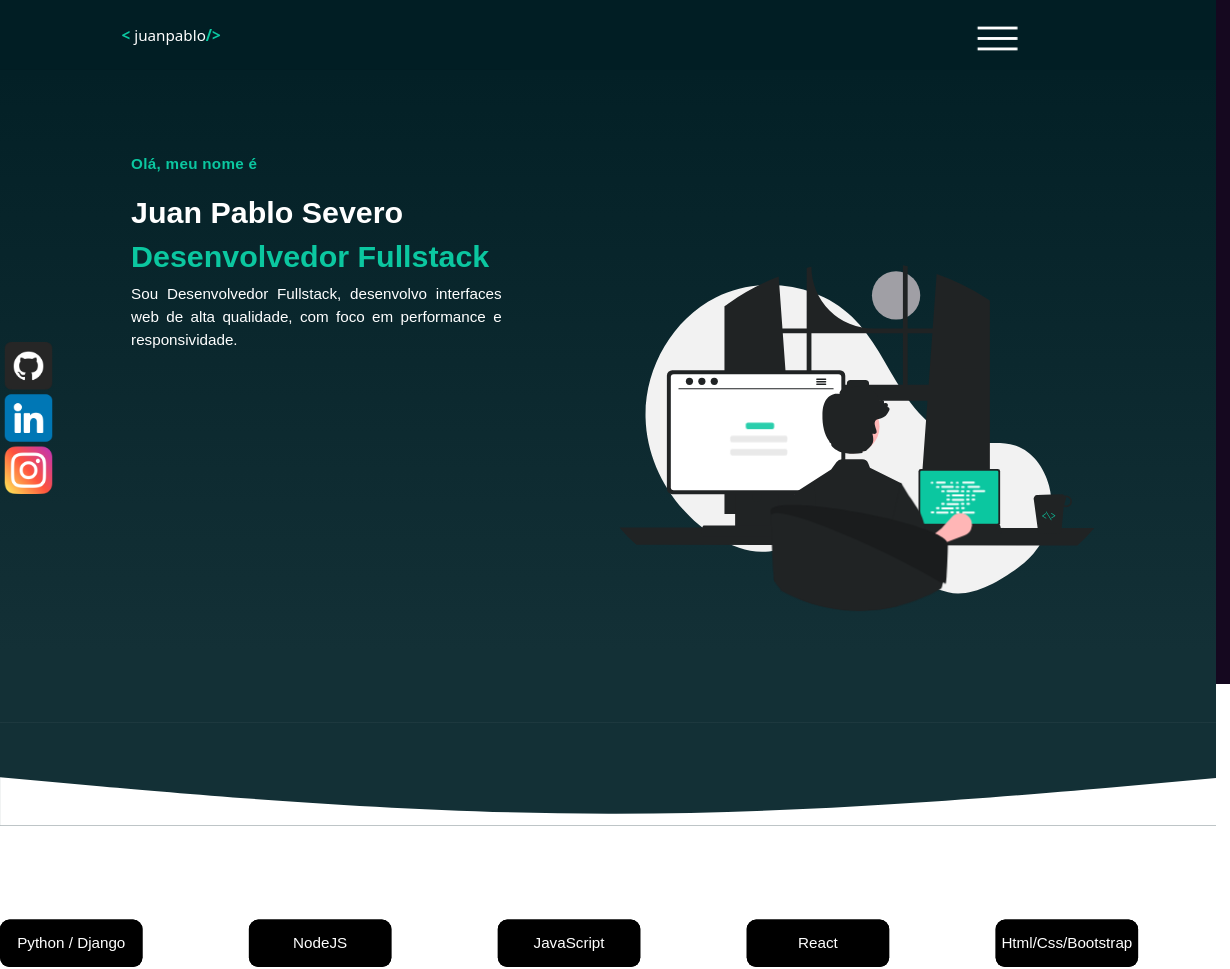
Repository: JuanPabloDS/portifolio
Page: http://localhost/
These files come from the project's save history. The page is drawn as it stood at one moment and after the next save; the edit follows.
The browser window is 1280 px wide. The page is 1295 px wide, so the pictures cover 1295 px, including what lies to the right of the window. The pictures show the whole page, at 95% of full size.
The page is served by the project's application, run on Django 4.2 (manage.py). Other server files are loaded and not shown.

Above is the page before, as saved 2023-03-23 14:30:28.

### core/templates/index.html
{% extends 'base.html' %}

{% block content %}

{% include 'perfils.html' %}

{% include 'portifolio.html' %}

{% include 'footer.html' %}

{% endblock %}

### core/templates/base.html
{% load static %}
<!DOCTYPE html>
<html lang="pt-br">
    <head>
        <!-- Required meta tags -->
        <meta charset="UTF-8">
        <meta http-equiv="X-UA-Compatible" content="IE=edge">
        <meta name="viewport" content="width=device-width, initial-scale=1.0">
        <title>Portifólio</title>
        <!-- Bootstrap CSS -->
        <link rel="stylesheet" href="{% static 'css/bootstrap.min.css' %}">
        <link rel="stylesheet" href="{% static 'css/style.css' %}">
        <link rel="stylesheet" href="{% static 'fonts/Poppins-Light.ttf' %}">

    </head>
    <body>
        <div class="pos-f-t">
          <header>
            <nav>
              <span class="span"><span class="span-cor">< </span>juanpablo<span class="span-cor">/></span></span>
              <ul class="nav-list">
                <div class="mobile-menu-ex">
                </div>
                <li><a href="#">Início</a></li>
                <li><a href="#">Sobre</a></li>
                <li><a href="#">Projetos</a></li>
                <li><a href="#">Contato</a></li>
              </ul>
            </nav>
          </header>
        </div>
        <div class="menu-icon">
            <div class="mobile-menu">
              <div class="line1"></div>
              <div class="line2"></div>
              <div class="line3"></div>
            </div>
          </div>
          <div class="page">


{% block content %}
{% endblock %}

### core/templates/portifolio.html
{% load static %}
<div class="portifolio">
    <div class="web">
        <h1>PORTIFÓLIO DESENVOLVEDOR WEB</h1>
    </div>
    <div class="dev-menu row">
        <div class="col-sm">
            <button  class="glow-on-hover" id="b-1" role="button"><span class="text but-1">Python / Django</span></button>
        </div>
        <div class="col-sm">
            <button class="glow-on-hover" id="b-2" role="button"><span class="text but-3">NodeJS</span></button>
        </div>
        <div class="col-sm">
            <button class="glow-on-hover" id="b-3" role="button"><span class="text but-2">JavaScript</span></button>
        </div>
        <div class="col-sm">
            <button class="glow-on-hover" id="b-4" role="button"><span class="text but-4">React</span></button>
        </div>
        <div class="col-sm">
            <button class="glow-on-hover" id="b-5" role="button"><span class="text but-5">Html/Css/Bootstrap</span></button>
        </div>
    </div>


</div>

### core/templates/footer.html
{% load static %}
</div>
<!-- jQuery first, then Tether, then Bootstrap JS. -->
<script src="{% static 'js/script.js' %}"></script>
<script src="{% static 'js/jquery.js' %}"></script>
<script src="{% static 'js/bootstrap.js' %}" ></script>
<script src="{% static 'js/bootstrap.min.js' %}" ></script>
<script src="{% static 'js/bootstrap.bundle.js' %}" ></script>
<script src="{% static 'js/bootstrap.bundle.min.js' %}" ></script>
</body>
</html>

### core/views.py
from django.views.generic import TemplateView

class IndexView(TemplateView):
    template_name: str = 'index.html'

### portifolio/urls.py
"""portifolio URL Configuration

The `urlpatterns` list routes URLs to views. For more information please see:
    https://docs.djangoproject.com/en/4.1/topics/http/urls/
Examples:
Function views
    1. Add an import:  from my_app import views
    2. Add a URL to urlpatterns:  path('', views.home, name='home')
Class-based views
    1. Add an import:  from other_app.views import Home
    2. Add a URL to urlpatterns:  path('', Home.as_view(), name='home')
Including another URLconf
    1. Import the include() function: from django.urls import include, path
    2. Add a URL to urlpatterns:  path('blog/', include('blog.urls'))
"""
from django.contrib import admin
from django.urls import path, include

from django.conf.urls.static import static
from django.conf import settings

urlpatterns = [
    path('admin/', admin.site.urls),
    path('', include('core.urls')),
] + static(settings.MEDIA_URL, document_root=settings.MEDIA_ROOT)

### core/urls.py
from django.urls import path
from .views import IndexView

urlpatterns = [
    path('', IndexView.as_view(), name='index')
]

### core/static/css/style.css
/*! body */


body{
    margin: auto;
    height: 100%;
    font-family: 'Poppins', sans-serif;
  }


* {
  scrollbar-color: #454a4d #202324;
}

.hidden {
  overflow: hidden;
}

main{
    margin: auto;
    width: 80%;
}

.page {
    margin: auto;
    width: 100%;
    padding-left: 10%;
    padding-right: 10%;
    background: -webkit-linear-gradient(270deg, #011e24, #133036 90%);

}


@media screen and (max-width: 600px) {
    body{
        width: 100%;
        margin: auto;
    }

}

/*! Menu */

a {
  color: #fff;
  text-decoration: none;
  transition: 0.3s;
}

a:hover {
  opacity: 0.7;
}

nav {
  display: flex;
  align-items: center;
  font-family: system-ui, -apple-system, Helvetica, Arial, sans-serif;
  background: #011e24;
  height: 73px;
  position: fixed;
  width: 100%;
}


main {
  background: url("bg.jpg") no-repeat center center;
  background-size: cover;
  height: 92vh;
  float: right;
}

.nav-list {
  list-style: none;
  display: flex;
  position: fixed;
  z-index:9;
  top: 0;
  width: 100vw;
  height: 100%;
  background: #15081f;
  flex-direction: column;
  align-items: center;
  justify-content: space-around;
  transform: translateX(100%);
  transition: transform 0.3s ease-in;
}

.span {
  color: white;

  margin-left: 10%;
}

.span-cor{
  color: #0bc7a0;
  font-weight: bold;
}

.nav-list li {
  letter-spacing: 3px;
  margin-left: 0;
  opacity: 0;
}

.mobile-menu {
  display: block;
  cursor: pointer;
  width: 80%;
  margin:auto;
}

.mobile-menu div {
  width: 42px;
  height: 3px;
  background: #fff;
  margin: 8px;
  margin-left: auto;
  transition: 0.3s;
}

.mobile-menu.active .line1 {
  transform: rotate(-45deg) translate(-9px, 10px);
}

.mobile-menu.active .line2 {
  opacity: 0;
}

.mobile-menu.active .line3 {
  transform: rotate(45deg) translate(-5px, -7px);
}

.nav-list.active {
  transform: translateX(0);
}

.mobile-menu-ex {
  display: block;
  cursor: pointer;
}


@keyframes navLinkFade {
  from {
    opacity: 0;
    transform: translateX(50px);
  }
  to {
    opacity: 1;
    transform: translateX(0);
  }
}

.menu-icon {
  position: fixed;
  z-index:10;
  top:0;
  margin-top: 20px;
  left: 80%;
}

@media screen and (max-width: 800px) {

  .mobile-menu div {
    background: #fff;
    margin: 4px;
    transition: 0.3s;
    width: 25px;
    }
  .span{
    font-size: 0.8rem;
  }
  .mobile-menu.active .line1 {
    transform: rotate(-45deg) translate(-4px, 2px);
  }

  .mobile-menu.active .line3 {
    transform: rotate(45deg) translate(-8px, -6px);
  }

  .nav-list a {
    font-size: 10px;
  }


}


/*! Fim Menu inicial */

/*! Perfil */

.perfil{
    display: flex;
    flex-direction: row ;
    flex-wrap: wrap;
    background-color: black;
}

.imagem{
  display: flex;
  flex-direction: row ;
  flex-wrap: wrap;
  flex-flow: row wrap;
  justify-content: flex-end;
  margin-top: 70px;
  margin-bottom: 50px;
  align-items: end;
  width: auto;
  height: auto;
}

.imagem img {

    width: 400px;
    height: 400px;
    float: right;
    -webkit-filter: drop-shadow(15px 10px 5px rgba(0,0,0,.5));
    filter: drop-shadow(15px 10px 5px rgba(0,0,0,.5));
}

.svg {
  background-color: #133036;
}



.perfil-img {
  width: 150px;
  height: 150px;
  border-radius: 100%;
}

.perfil-img:hover {
  -webkit-transform: scale(2.3);
  -ms-transform: scale(2.3);
  transform: scale(1.3);
}



.perfil-div{
  margin-left: 15px;
  margin-top: 20px;
}
.perfil-p{
  width: 400px;
  margin-top: 20px;
  font-size: 16px;
  color: white;
  text-align: justify;
  padding-left: 10px;
}
.perfil-p p {
  margin-bottom: 20px;
}
.perfil-p h2 {
  font-weight: 600;
}

.h2 {
  color: #0bc7a0;
}


.apresentacao {
  width: 100%;
  display: flex;
  flex-direction: column ;
  flex-wrap: wrap;
}

.show{
  display: flex;
  flex-flow: row wrap;
  justify-content: space-between;
  margin-top: 11vw;
  width: 100%;
}

.nome {
  color: #0bc7a0;
  font-weight: 600;
  font-size: inherit;
  letter-spacing: 0.02rem;
}

.borda{
  display: flex;
  flex-direction: row ;
  flex-wrap: wrap;
}

.borda h1 {
    font-weight: bold;
    color: white;
    font-size: 60px;
    letter-spacing: 5px;
    text-shadow: rgb(114, 106, 106) 0.05em 0.05em 0.1em;

}

.borda h3 {
  font-weight: bold;
  color: white;
  font-size: 17px;
  letter-spacing: 5px;
  padding-bottom: 15px;
  text-shadow: rgb(114, 106, 106) 0.05em 0.05em 0.1em;


}
.icons{
  position: fixed;
  padding-left: 5px;
  bottom: 0;
  left: 0;
  width: 50px;
  top: 50%;
}

.icons img{
  width: 50px;
  height: 50px;
  margin-bottom: 5px;
}

/* SVG */

#change {
  animation: change 6s infinite;
  transform-origin: center;
}

@keyframes change {
  0% {
    transform: rotateZ(0deg);

  }
  30% {
    transform: rotateZ(100deg);

  }
  40%, 50% {
    opacity: 0;
  }
  90%, 100% {
    transform: rotateZ(360deg);
  }
}

#code1 {
  animation: code 3s ease infinite;
}

@keyframes code {
  20%, 100% {
    opacity: 0;
  }
  0% {
    width: 0;
    opacity: 1;
  }
  100%{
    width: 100;
    opacity: 1;
  }
}

#code2 {
  animation: code2 3s infinite ease-in-out;
}

@keyframes code2 {

  0% {
    width: 0px;
  }
  100%{
    width: 200;
    opacity: 1;
  }
}


@media screen and (max-width: 800px) {
  .borda {
    display: flex;
    flex-direction: column;
    flex-wrap: inherit;
    width: 135%;
  }
  .borda h1 {
    letter-spacing: 0.6vw;
    font-size: 7vw;
  }
  .borda h3 {

    font-size: 4vw;
    letter-spacing: 0.6vw;
  }
  .borda p {
    margin-top: 1vw;
    font-size: 2vw;
  }
  .imagem img {
    margin-top: 3vw;
    width: 50vw;
    height: 50vw;
  }
  .icons{
    width: 20px;
  }
  .icons img {
    width: 20px;
    height: 20px;
  }


}
#elementEl::after {
  content: '|';
  margin-left: 5px;
  animation: blink 0.7s infinite;

}

@keyframes blink {
  0% {
    opacity: 1;
  }
  100% {
    opacity: 0;
  }
}

/*! Fim Perfil */

/*! Portifolio */

.portifolio{
  display: flex;
  flex-direction: column ;
  flex-wrap: wrap;
}
.web{

  padding-top: 15px;
  padding-bottom: 10px;
  padding-left: 15px;
  margin-bottom: 30px;
}
.web h1 {
  font-weight: bold;
  color: #fff;
  font-size: 30px;
}

/*! button */

.glow-on-hover {
  width: 150px;
  height: 50px;
  border: none;
  outline: none;
  color: #fff;
  background: #111;
  cursor: pointer;
  position: relative;
  z-index: 0;
  border-radius: 10px;
}

.glow-on-hover:before {
  content: '';
  background: linear-gradient(45deg, #ff0000, #ff7300, #fffb00, #48ff00, #00ffd5, #002bff, #7a00ff, #ff00c8, #ff0000);
  position: absolute;
  top: -2px;
  left:-2px;
  background-size: 400%;
  z-index: -1;
  filter: blur(5px);
  width: calc(100% + 4px);
  height: calc(100% + 4px);
  animation: glowing 20s linear infinite;
  opacity: 0;
  transition: opacity .3s ease-in-out;
  border-radius: 10px;
}

.glow-on-hover:active {
  color: #000
}

.glow-on-hover:active:after {
  background: transparent;
}

.glow-on-hover:hover:before {
  opacity: 1;
}

.glow-on-hover:after {
  z-index: -1;
  content: '';
  position: absolute;
  width: 100%;
  height: 100%;
  background: black;
  left: 0;
  top: 0;
  border-radius: 10px;
}

#b-1::after {
  background: black;
}
#b-2::after {
  background: black;
}
#b-3::after {
  background: black;
}
#b-4::after {
  background: black;
}
#b-5::after {
  background: black;
}

@keyframes glowing {
  0% { background-position: 0 0; }
  50% { background-position: 400% 0; }
  100% { background-position: 0 0; }
}

Loaded but not shown: core/static/css/bootstrap.min.css (library); core/static/js/jquery.js (library); core/static/js/bootstrap.js (library); core/static/js/bootstrap.min.js (library); core/static/js/bootstrap.bundle.js (library); core/static/js/bootstrap.bundle.min.js (library); core/static/js/script.js (58 lines, source omitted); core/templates/perfils.html (135 lines, source omitted)

After the next save:
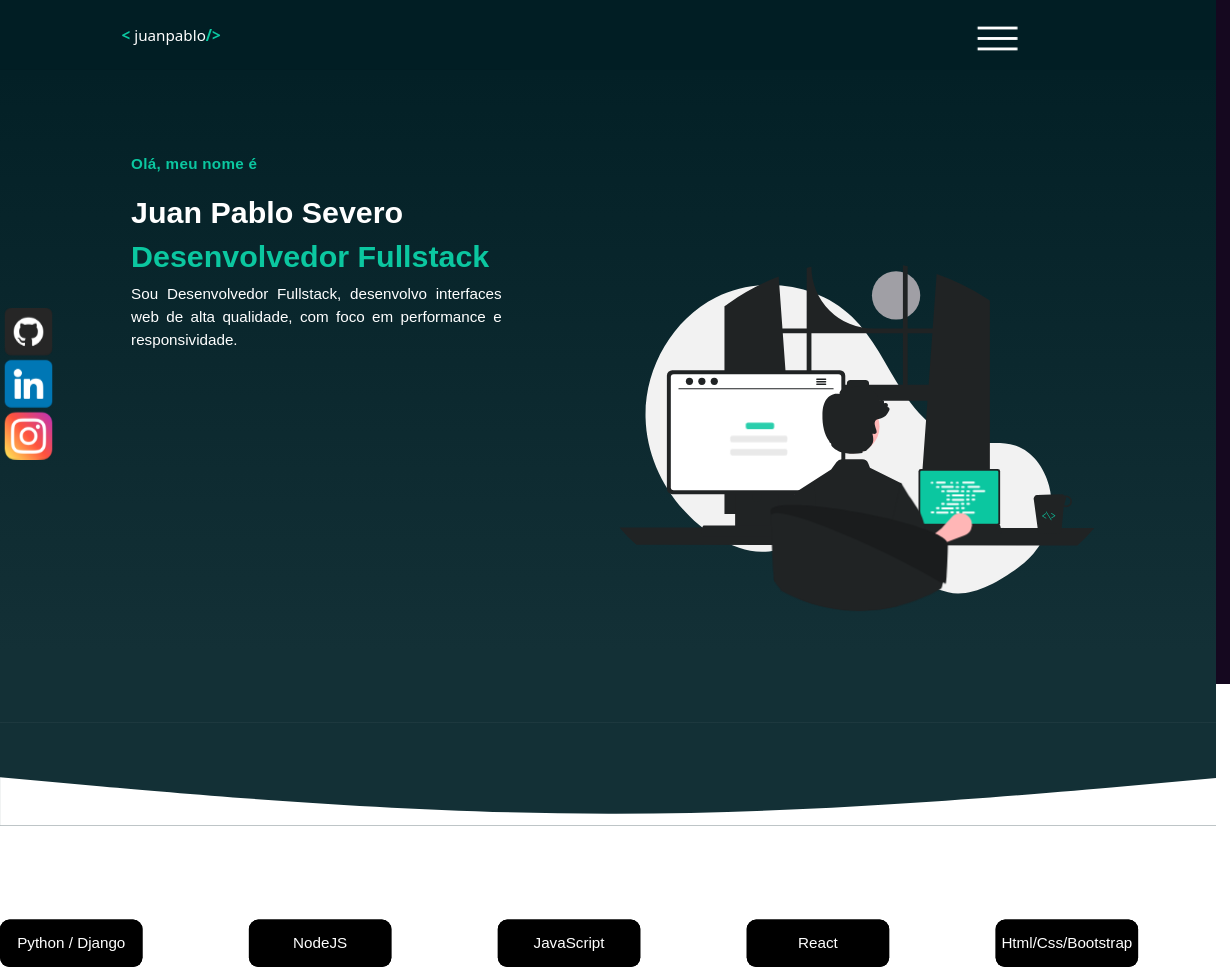
Saved 13 s later.
--- a/core/static/css/style.css
+++ b/core/static/css/style.css
@@ -316,7 +316,7 @@ main {
   bottom: 0;
   left: 0;
   width: 50px;
-  top: 50%;
+  top: 45%;
 }
 
 .icons img{
